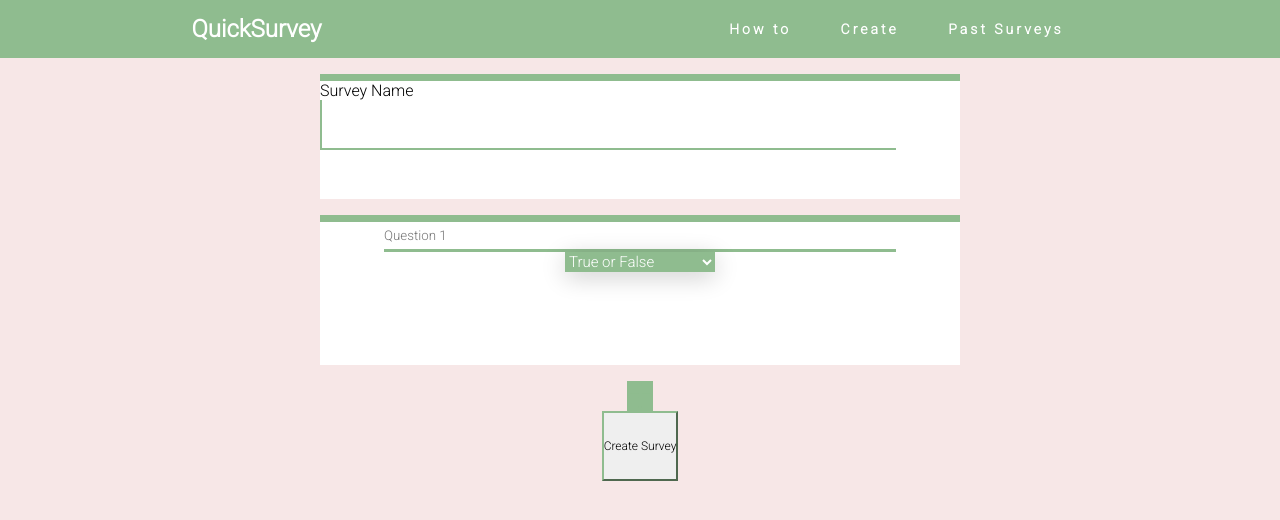
Repository: cakuang1/QuickSurvey
Page: create.html
The author's editor kept a copy of each file at every save. The page is drawn from the files as they stood at one save, then again after a run of saves.
The browser window is 1280 px wide. The pictures show the whole page.
Some web libraries are served in a nearby version.

Above is the page before, as saved 2022-01-09 00:02:21.

### create.html
<!DOCTYPE html>
<html>
<head>
    <title>QuickSurvey</title>
    <link href="https://fonts.googleapis.com/css2?family=Roboto:wght@300&display=swap" rel="stylesheet">
    <meta charset="UTF-8">
    <link rel="stylesheet" href="style.css">

    <script src="https://kit.fontawesome.com/71865f0e2e.js" crossorigin="anonymous"></script>


</head>

<body>
        <nav class="navbar">
            <div class = 'heading'>
                <h2 id = "logo">QuickSurvey</h2>
            </div>
            <ul class="nav-menu">
                <li><a href="index.html" >How to</a></li>
                <li><a href="create.html">Create</a></li>
                <li><a href="pastsurveys.html">Past Surveys</a></li>
            </ul>
        </nav>

    </div>
    <div class="namecontainer">
        <label>Survey Name </label>
        <form ><input type="text" id = "testing"Survey name="Name"></form>

    </div>
    <form action="">
        <div class = "formdiv">
            <input type="text" class="inps" placeholder="Question 1">
            <select name="" class="selectors">
                <option value="TF">True or False</option>
                <option value="SR">Short Response</option>


            </select>
        </div>
    </form>
    <div align = "center">

    <button class = "adds"> <i class="fas fa-plus"></i> </button><br>
    <button class = "creates">Create Survey</button>
    </div>
</body>
<script src="app.js"></script>
</html>

### style.css
* {
    box-sizing: border-box;
    margin: 0;
    padding: 0;
    font-family: 'Roboto', sans-serif;
}
body{
    background-color: #f7e7e7;


}
nav {
    display: flex;
    justify-content: space-around;
    align-items: center;
    min-height: 8vh;
    background-color: darkseagreen;
}

.nav-menu {
    display: flex;
    justify-content: space-around;
    width: 30%;
}


.creates {
    text-align: center;
    max-width: 140px;
    height:70px;

    padding: 0;
    border-color: darkseagreen;
    color: #000;
    font-size: 12px;
}
.nav-menu li {
    list-style: none;
}
.nav-menu a{
    color:white;
    text-decoration: none;
    letter-spacing: 3px;
    font-weight: bold;
    font-size: 14px;
    padding: 14px 16px;

}
.nav-menu li a:hover:not(.active){
    background-color: lightseagreen;
}
.nav-ment li a.active {
    background-color: darkseagreen;
}

.namecontainer {
    background-color: white;
    width: 50%;
    margin: auto;
    margin-bottom: 1em;
    margin-top: 1em;
    border-top: 7px solid darkseagreen;
    height: 125px;

}


.namecontainer input {
    width: 90%;
    height: 50px;
    background: transparent;
    border-top: none;
    border-right: none;
    border-left: 2px solid darkseagreen;
    border-bottom: 2px solid darkseagreen;
    font-size: 35px;
    outline: none;
    padding-top: 20px;
    display: inline-block;


}

.adds {
    background-color: darkseagreen;
    border: none;

}

h1 {
    text-indent: 10px;
    color:  darkseagreen;
}

.fas {
    color: darkseagreen;
    font-size: 30px;
    background-color: transparent;

}
.fas:hover {
    cursor: pointer;
    color: darkseagreen;
}

#home {
    background-color: rgb(176, 226, 176);
}

#logo {
    color: white;
}

#listcontainer {
    padding-top: 100px;
    width: fit-content;
    margin: auto;

}

ol {
    padding-top: 25px;
}

ol li {
    font-size: 50px;
    color: white;

}

.formdiv {
    background-color: white;
    width: 50%;margin: auto;margin-bottom: 1em; margin-top: 1em;border-top: 7px solid darkseagreen;
    text-align: center;
    height: 150px;
}


.formdiv .inps{
    height: 30px;
    border-bottom: solid darkseagreen;
    border-left: none;
    border-top: none;
    border-right: none;
    width: 80%;
    outline: none;



}




.formdiv select {
    background-color: darkseagreen;
    color: white;
    width: 150px;
    border: none;
    font-size: 15px;
    box-shadow: 0 5px 25px rgba(0, 0, 0, 0.2);
    outline: none;
  }

### app.js
//selectors
let addbutton = document.querySelector(".adds");
const list = document.querySelector("div");
const endbutton =document.querySelector(".creates");
let questionsdivs = document.querySelectorAll(".formdivs")
let array = [];

// creatinig formstruction
const formstructure = document.createElement('select');
const option1 = document.createElement('option');
const option2 = document.createElement('option');
const option3 = document.createElement('option');
option1.innerText = "True or False";
option2.innerText = "Yes or No";
option3.innerText = "Multiple choice";
formstructure.appendChild(option1);
formstructure.appendChild(option2);
formstructure.appendChild(option3);




// creating question container
let newdiv = document.createElement("div");
let linebreak = document.createElement("br");
let linebreak2 = document.createElement("br");
let newform = document.createElement("form");
let inp = document.createElement("input");
inp.setAttribute("placeholder","Question")
let fcopy = formstructure.cloneNode(true);
newdiv.appendChild(newform);
newform.appendChild(inp);
newform.appendChild(fcopy);
newdiv.appendChild(linebreak);
newdiv.appendChild(linebreak2);

newdiv.classList.add("formdiv");


addbutton.addEventListener("click",addanother);

function addanother() {
    let clone = newdiv.cloneNode(true);
    console.log(clone);
    selectedbutton.classList.add("questionsbuttons");
    document.body.appendChild(clone);
    document.body.appendChild(endbutton);
    array.push(newdiv);
    console.log(array);
}



let formselector = document.querySelectorAll('formdiv')

function emptyinput(input) {
    if (inputtxt.value.length == 0)
    {
        return true;
    }
    else {
        return false;

    }
}


endbutton.addEventListener("submit",generateform)


function generateform() {
    if (array.length == 0) {
        alert('no questions dumbo');
        return ;
    }




}

After the next 5 saves:
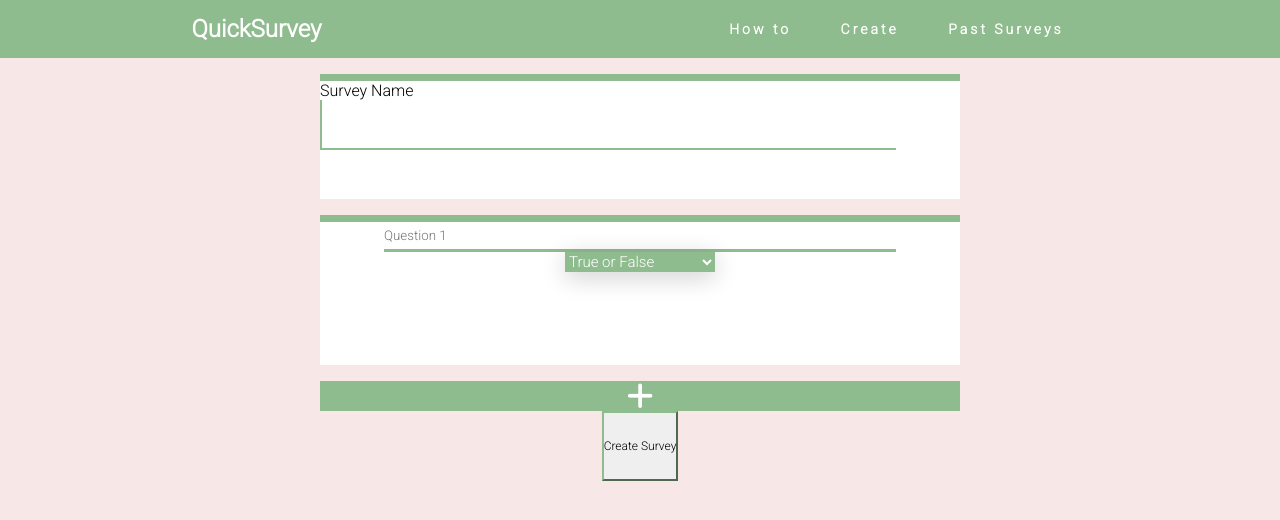
The 5 saves are shown as one change because they came seconds apart.
The last was saved 13 s later.
--- a/style.css
+++ b/style.css
@@ -84,7 +84,7 @@ nav {
 .adds {
     background-color: darkseagreen;
     border: none;
-
+    width: 50%;
 }
 
 h1 {
@@ -93,7 +93,7 @@ h1 {
 }
 
 .fas {
-    color: darkseagreen;
+    color: white;
     font-size: 30px;
     background-color: transparent;
 
